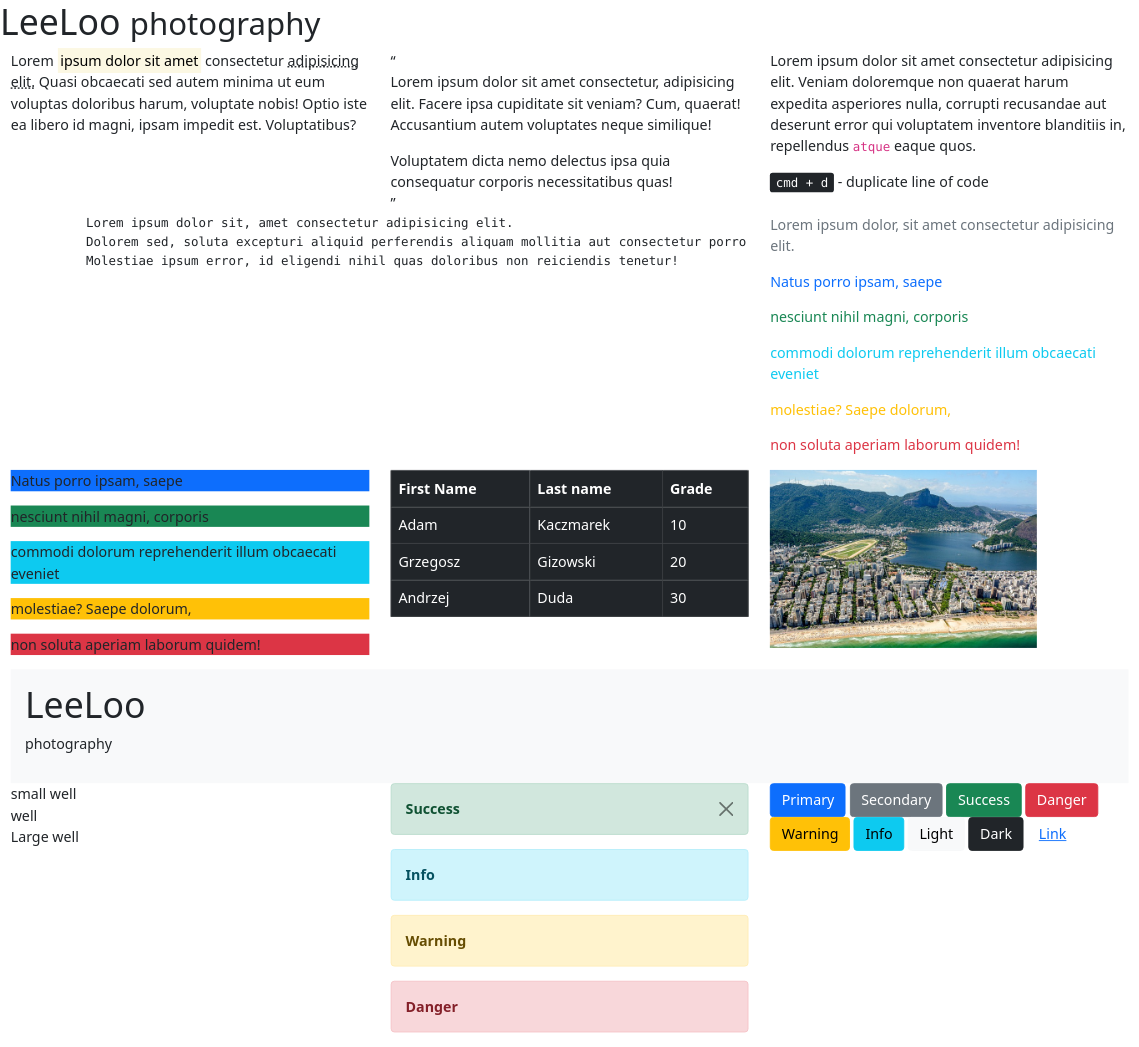
Repository: Zyzik-33/bootstrap-test
Page: index.html
An editor plug-in stored every save of this project. The page is shown before and after the next save, followed by the edit.
The browser window is 1280 px wide. The pictures show the whole page, at 89% of full size.

Above is the page before, as saved 2021-01-27 21:24:23.

After the next save:
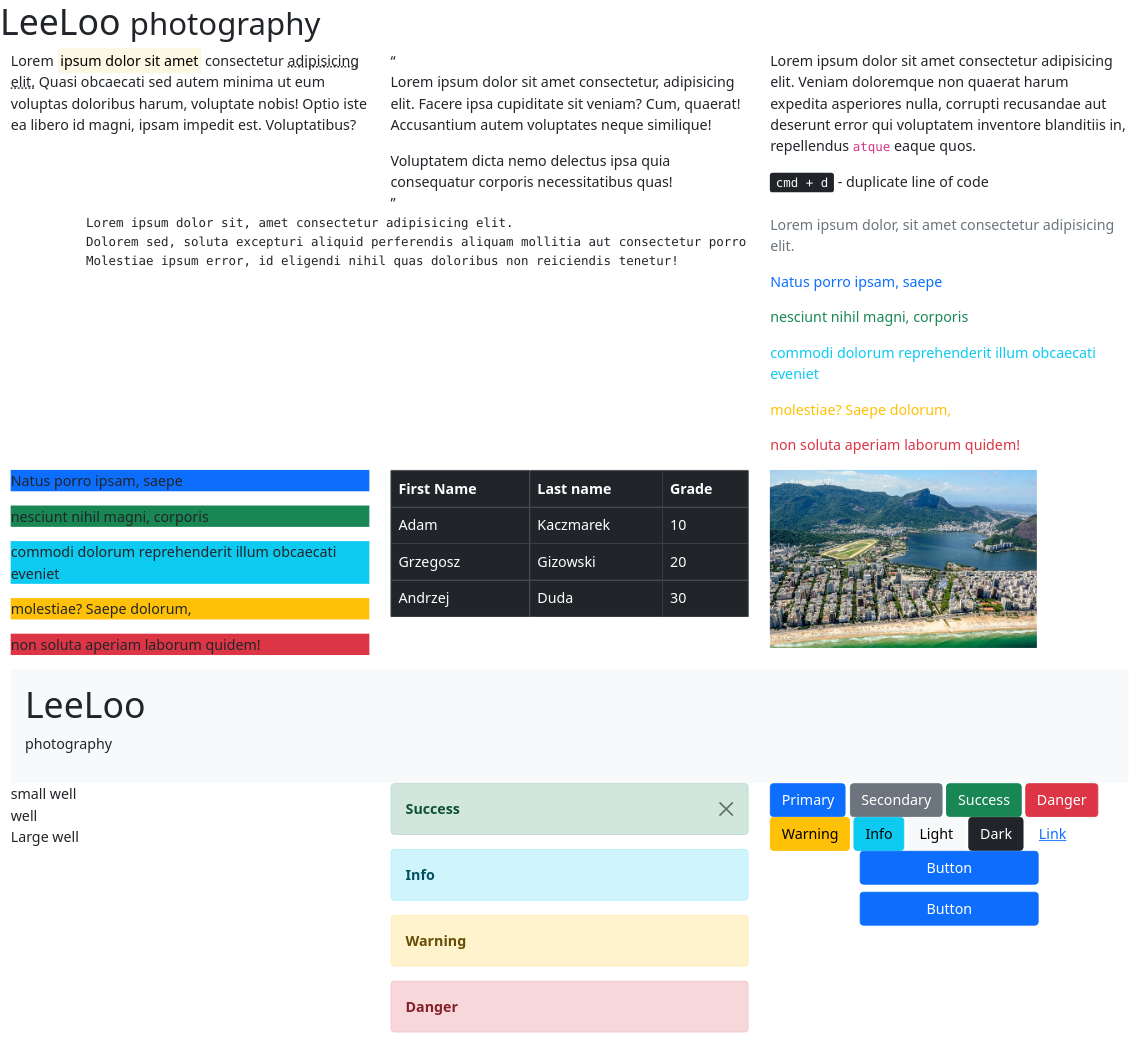
Saved 12 s later.
--- a/index.html
+++ b/index.html
@@ -135,7 +135,10 @@
         <button type="button" class="btn btn-light">Light</button>
         <button type="button" class="btn btn-dark">Dark</button>
         <button type="button" class="btn btn-link">Link</button>
-
+        <div class="d-grid gap-2 col-6 mx-auto">
+          <button class="btn btn-primary" type="button">Button</button>
+          <button class="btn btn-primary" type="button">Button</button>
+        </div>
       </div>
     </div>
   </div>
